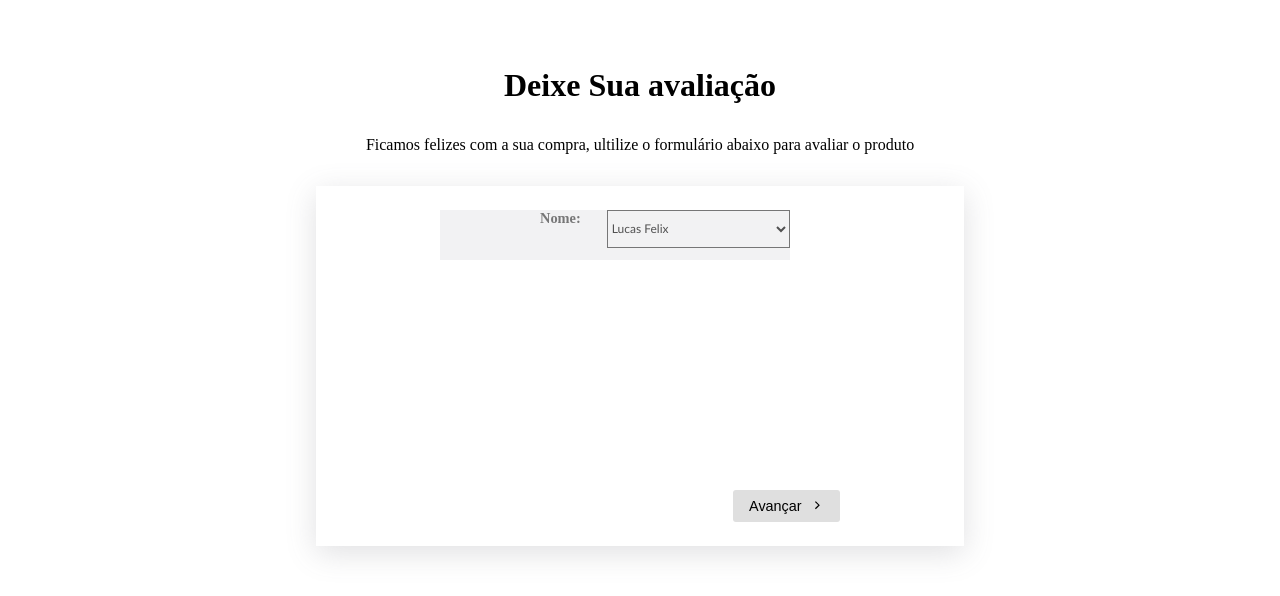
Repository: pheonix5/formulario_stap
Page: /
The author's editor kept a copy of each file at every save. The page is drawn from the files as they stood at one save, then again after the next save.
The browser window is 1280 px wide. The pictures show the whole page.
The project was rebuilt for these pictures with package versions that can differ from the ones it lists, and the page was loaded fresh each time. Also part of the build but not shown: vite.config.js, src/components/ReviewForm.css, src/components/ReviewForm.tsx, src/components/Thanks.css, src/components/Thanks.tsx.

Above is the page before, as saved 2023-05-24 21:33:09.

After the next save:
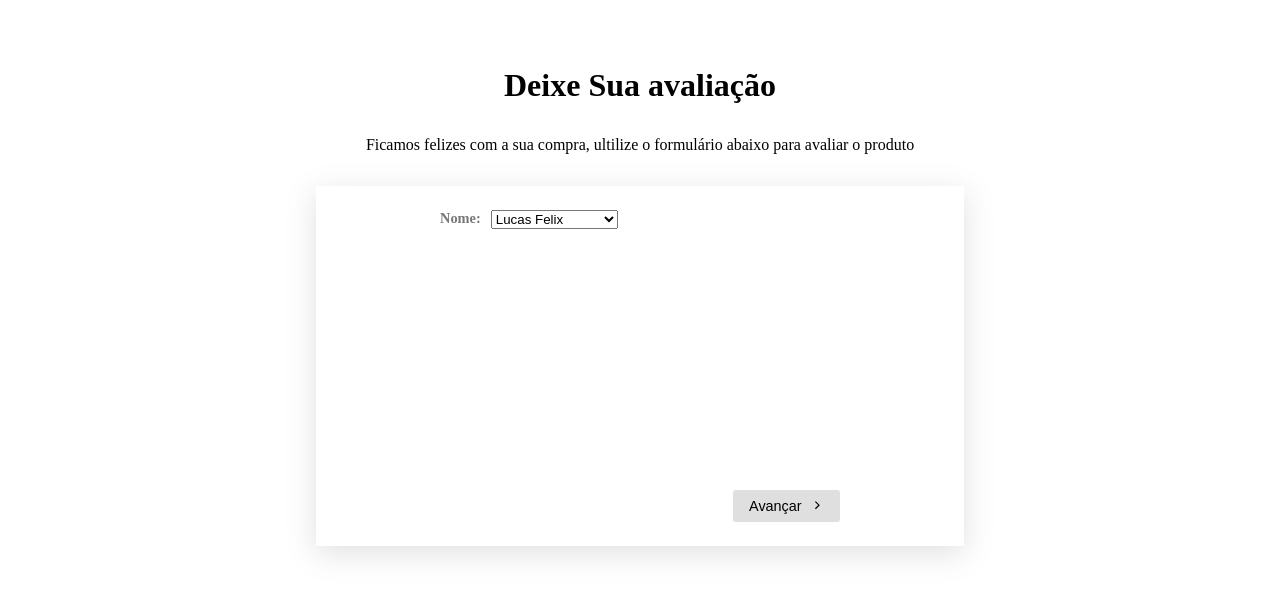
Saved 11 s later.
--- a/src/components/UserForm.css
+++ b/src/components/UserForm.css
@@ -3,20 +3,4 @@
   flex-direction: row;
   gap: 10px;
   width: 250px;
-   height: 50px;
-   font-size: 20px;
-   background: #f2f2f3;
-   padding-left: 100px
 }
-
-.select select{
-  width: 260px;
-    margin-left: 16px;
-    background-color: #f2f2f2;
-    height: 38px;
-    line-height: 38px;
-    font-family: "Trebuchet MS", Helvetica, sans-serif!important;
-    color: #515151;
-    font-size: 12px;
-    background: transparent;
-}
